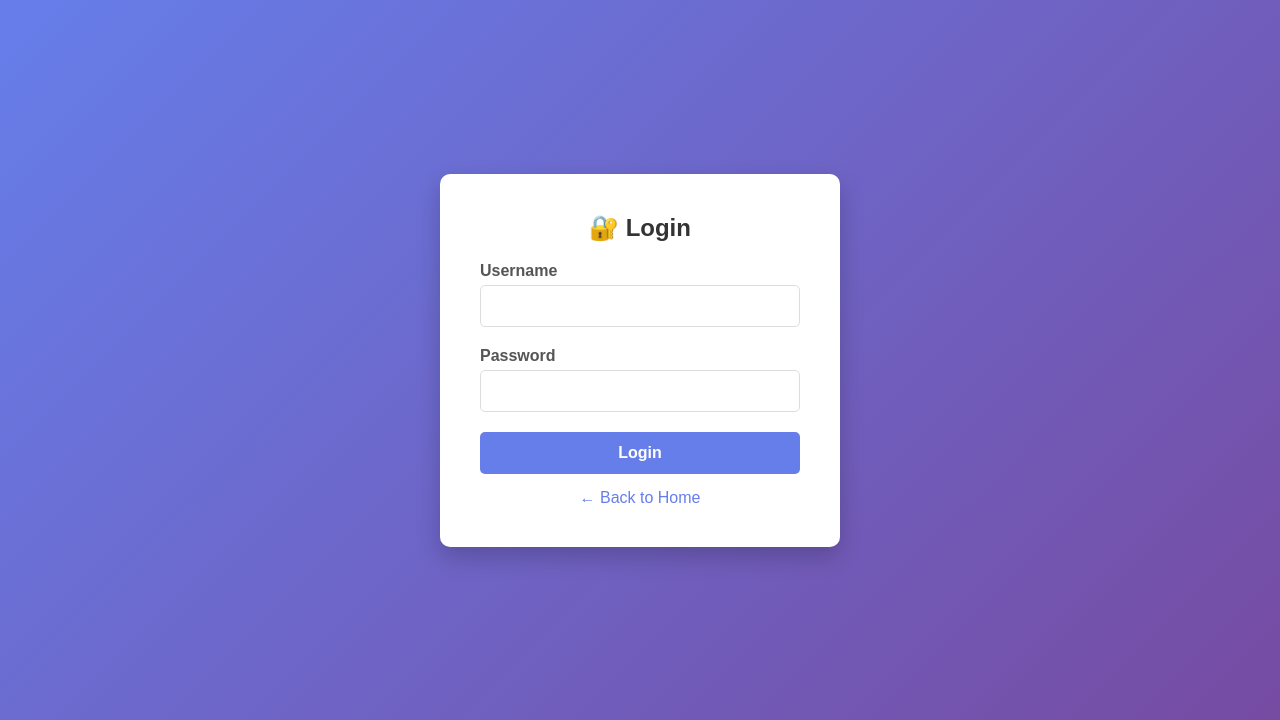
Repository: pallavi0113/Railway-Reservation
Page: http://localhost/RailwayReservationSystem/login.jsp
These files come from the project's save history. The page is drawn as it stood at one moment and after the next save; the edit follows.
The browser window is 1280 px wide. The pictures show the whole page.
The page is served by Tomcat 9.

Above is the page before, as saved 2025-12-08 18:11:14.

After the next save:
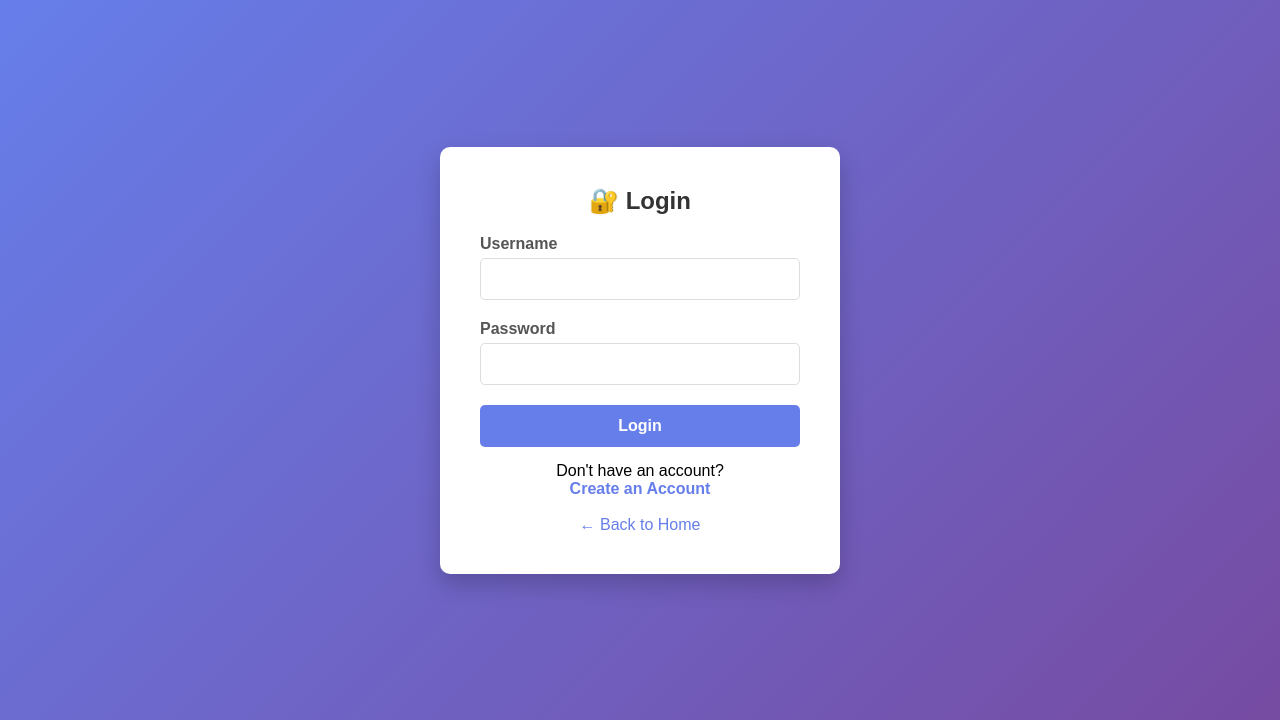
Saved 8 min 17 s later.
--- a/RailwayReservationSystem/src/main/webapp/login.jsp
+++ b/RailwayReservationSystem/src/main/webapp/login.jsp
@@ -45,7 +45,10 @@
         </form>
 
         <div class="link">
-            <a href="index.jsp">← Back to Home</a>
+            <p>Don't have an account?</p>
+		    <a href="register.jsp" style="font-weight: bold; color: #667eea;">Create an Account</a>
+		    <br><br>
+		    <a href="index.jsp">← Back to Home</a>
         </div>
     </div>
 </body>
